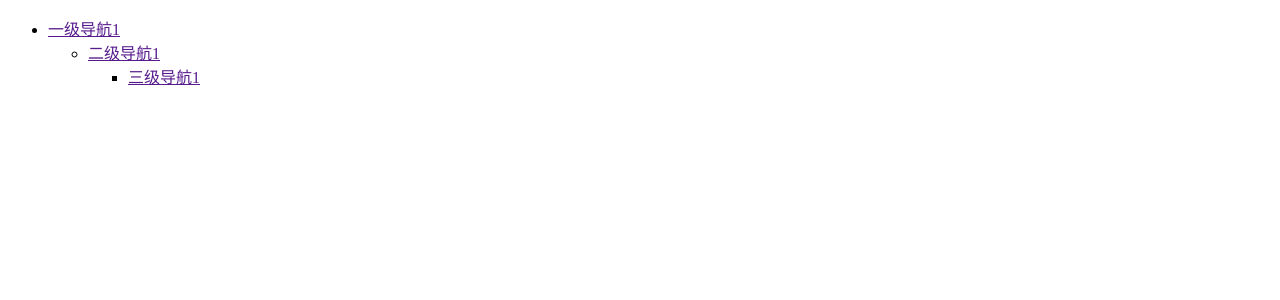
Repository: 1404413577/jsdemo
Page: small-demo/三级菜单.html
The author's editor kept a copy of each file at every save. The page is drawn from the files as they stood at one save, then again after the next save.
The browser window is 1280 px wide. The pictures show the whole page.

Above is the page before, as saved 2022-11-25 12:43:19.

### small-demo/三级菜单.html
<!DOCTYPE html>
<html lang="en">
  <head>
    <meta charset="UTF-8" />
    <meta http-equiv="X-UA-Compatible" content="IE=edge" />
    <meta name="viewport" content="width=device-width, initial-scale=1.0" />
    <title>三级菜单</title>
    <style>
      .main {
      }
    </style>
  </head>
  <body>
    <div class="main" id="main">
      <ul id="ul1">
        <li class="li1">
          <a href="">一级导航1</a>
          <ul>
            <li>
              <a href="">二级导航1</a>
              <ul>
                <li>
                  <a href="">三级导航1</a>
                </li>
              </ul>
            </li>
          </ul>
        </li>
      </ul>
    </div>
  </body>
  <script>
    let xml = new XMLHttpRequest();
    xml.open("get", "./demo.json", true);
    xml.send();
    xml.onreadystatechange = function () {
      // 服务器状态
      console.log(xml.status);
      // ajax状态
      console.log(xml.readyState);
      if (xml.status == 200 && xml.readyState == 4) {
        // json格式字符串
        let res = JSON.parse(xml.responseText).data;
        // console.log(res) 循环一级菜单栏
        res.forEach((item) => {
          console.log(item);
          // 循环二级菜单栏的content
          item.content.forEach((demo) => {
            // console.log(demo);
            // 循环最后一个三级菜单栏content
            demo.content.forEach((end) => {
              console.log(end);
            });
          });
        });
      }
    };
  </script>
</html>

### small-demo/demo.json
{
    "msg": 1,
    "data": [
        {
            "title": "一级导航栏1",
            "content": [
                {
                    "title": "二级导航栏1",
                    "content": [
                        "三级导航1",
                        "三级导航2"
                    ]
                },
                {
                    "title": "二级导航栏2",
                    "content": [
                        "三级导航3",
                        "三级导航4"
                    ]
                }
            ]
        },
        {
            "title": "一级导航栏2",
            "content": [
                {
                    "title": "二级导航栏1",
                    "content": [
                        "三级导航1",
                        "三级导航2"
                    ]
                },
                {
                    "title": "二级导航栏2",
                    "content": [
                        "三级导航3",
                        "三级导航4"
                    ]
                }
            ]
        }
    ]
}

After the next save:
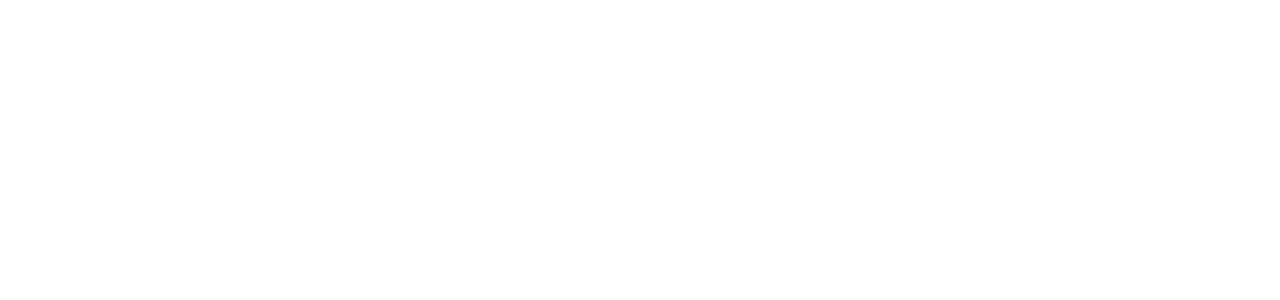
Console error: ReferenceError: end is not defined
Saved 8 min 48 s later.
--- a/small-demo/三级菜单.html
+++ b/small-demo/三级菜单.html
@@ -13,19 +13,19 @@
   <body>
     <div class="main" id="main">
       <ul id="ul1">
-        <li class="li1">
+        <!-- <li class="li1">
           <a href="">一级导航1</a>
           <ul>
-            <li>
+            <li class="li2">
               <a href="">二级导航1</a>
               <ul>
-                <li>
+                <li class="li3">
                   <a href="">三级导航1</a>
                 </li>
               </ul>
             </li>
           </ul>
-        </li>
+        </li> -->
       </ul>
     </div>
   </body>
@@ -42,17 +42,45 @@
         // json格式字符串
         let res = JSON.parse(xml.responseText).data;
         // console.log(res) 循环一级菜单栏
+        let li1 = "";
         res.forEach((item) => {
           console.log(item);
           // 循环二级菜单栏的content
+          let li2 = "";
           item.content.forEach((demo) => {
             // console.log(demo);
             // 循环最后一个三级菜单栏content
+            let li3 = "";
             demo.content.forEach((end) => {
               console.log(end);
+              li3 += ` <li class="li3">
+                  <a href="">${end}</a>
+                </li>`;
             });
+            li2 += ` <li class="li2">
+              <a href="">${demo}</a>
+              <ul>
+                <li class="li3">
+                  <a href="">${end}</a>
+                </li>
+              </ul>
+            </li>`;
           });
+          li1 += `    <li class="li1">
+          <a href="">${item}</a>
+          <ul>
+            <li class="li2">
+              <a href="">${demo}</a>
+              <ul>
+                <li class="li3">
+                  <a href="">${end}</a>
+                </li>
+              </ul>
+            </li>
+          </ul>
+        </li>`;
         });
+        document.getElementById("ul1").innerHTML = li1;
       }
     };
   </script>

After the save that followed:
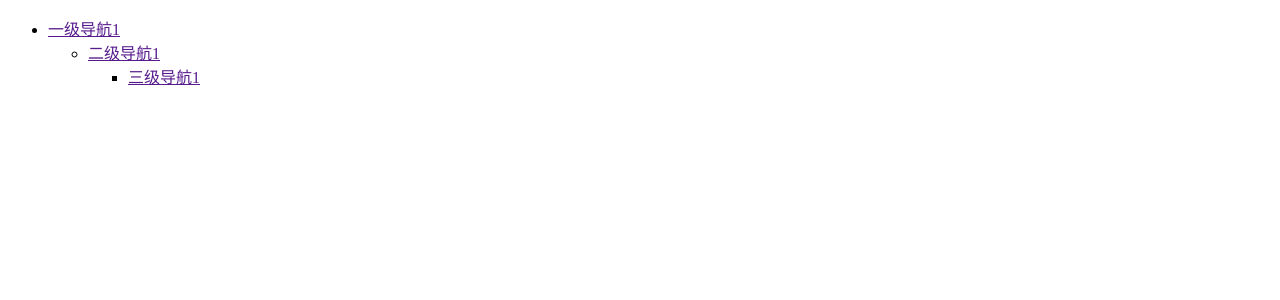
Saved 2 min 33 s later.
--- a/small-demo/三级菜单.html
+++ b/small-demo/三级菜单.html
@@ -13,7 +13,7 @@
   <body>
     <div class="main" id="main">
       <ul id="ul1">
-        <!-- <li class="li1">
+        <li class="li1">
           <a href="">一级导航1</a>
           <ul>
             <li class="li2">
@@ -25,7 +25,7 @@
               </ul>
             </li>
           </ul>
-        </li> -->
+        </li>
       </ul>
     </div>
   </body>
@@ -67,16 +67,9 @@
             </li>`;
           });
           li1 += `    <li class="li1">
-          <a href="">${item}</a>
-          <ul>
-            <li class="li2">
-              <a href="">${demo}</a>
-              <ul>
-                <li class="li3">
-                  <a href="">${end}</a>
-                </li>
-              </ul>
-            </li>
+          <a href="">${item.title}</a>
+          <ul class="ul2">
+
           </ul>
         </li>`;
         });
